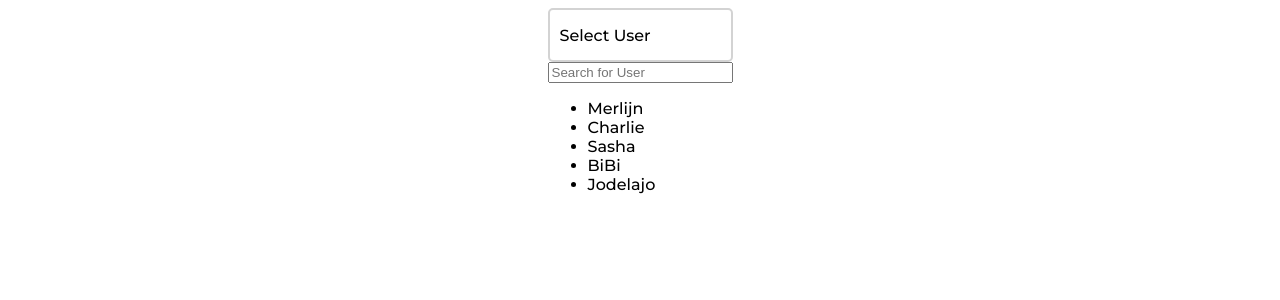
Repository: jodelajo/nuxt-filter-tutorial
Page: /
An editor plug-in stored every save of this project. The page is shown before and after the next save, followed by the edit.
The browser window is 1280 px wide. The pictures show the whole page.
The project was rebuilt for these pictures with package versions that can differ from the ones it lists, and the page was loaded fresh each time. The framework's server and built-in components were replaced by stand-ins that run in the browser. Also part of the build but not shown: nuxt.config.js, components/NuxtLogo.vue, components/Tutorial.vue.

Above is the page before, as saved 2021-12-11 12:22:09.

After the next save:
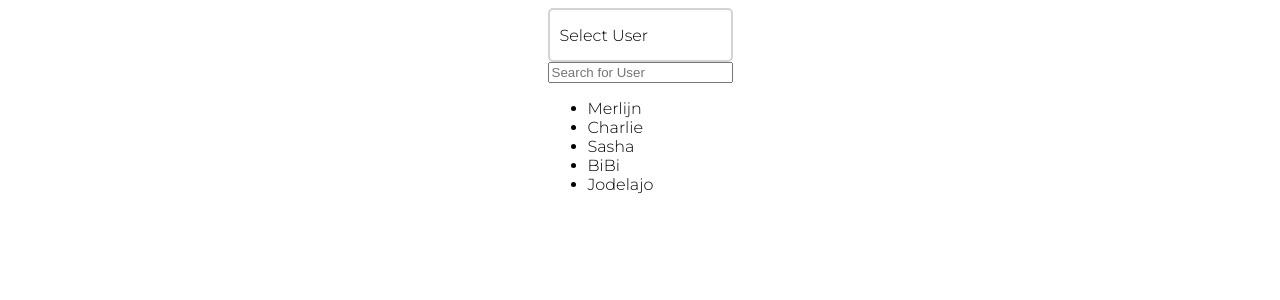
Saved 17 s later.
--- a/pages/index.vue
+++ b/pages/index.vue
@@ -41,6 +41,7 @@ body {
   /* justify-content: center; */
   align-items: center;
    font-family: "Montserrat", sans-serif;
+   font-weight: 300;
 }
 .dropdown-wrapper {
   max-width: 350px;
